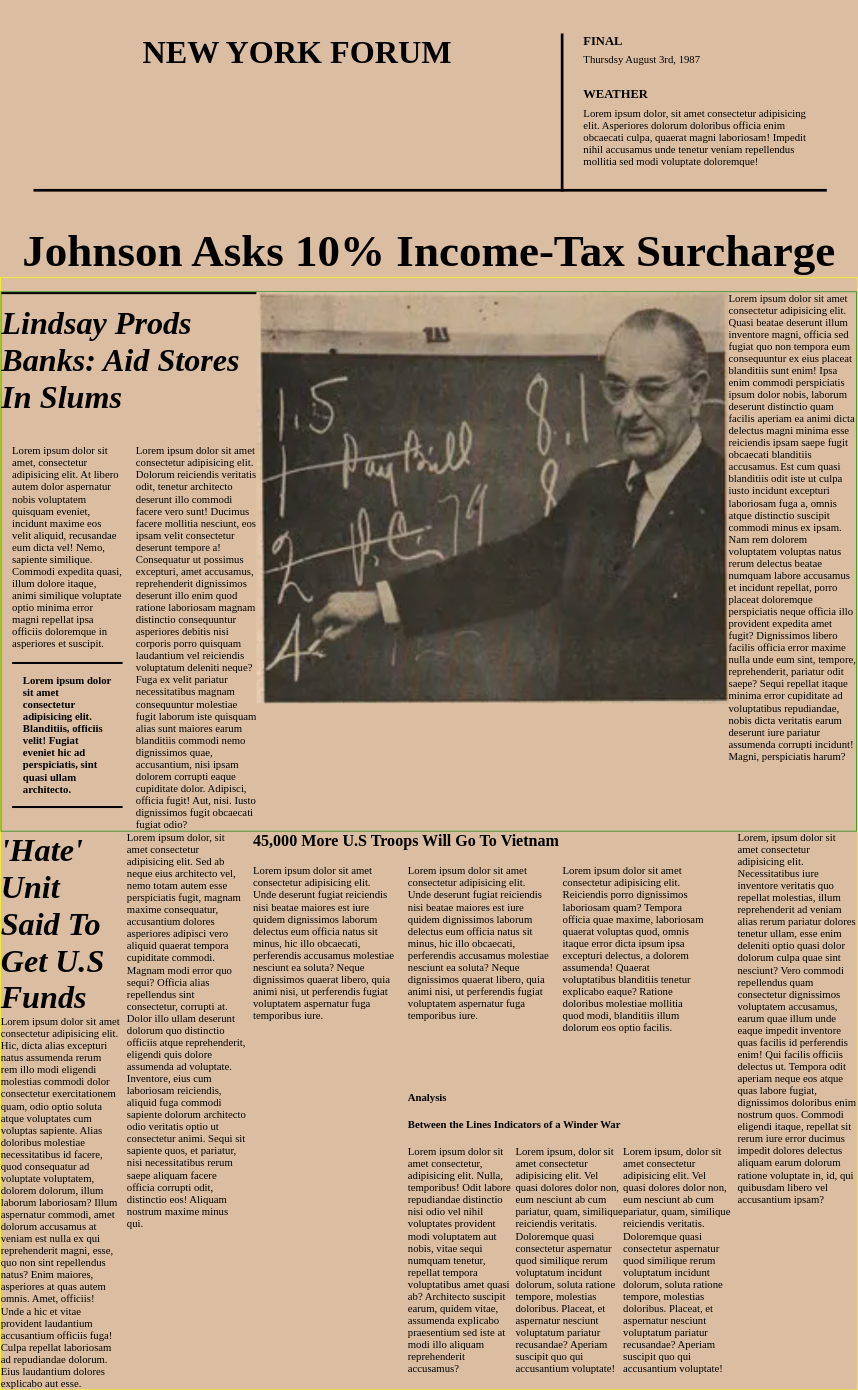
Repository: Arkitecth/newspaper-grid
Page: index.html
The author's editor kept a copy of each file at every save. The page is drawn from the files as they stood at one save, then again after the next save.
The browser window is 1280 px wide. The pictures show the whole page, at 67% of full size.

Above is the page before, as saved 2023-05-29 21:18:20.

### index.html
<!DOCTYPE html>
<html lang="en">
<head>
    <meta charset="UTF-8">
    <meta http-equiv="X-UA-Compatible" content="IE=edge">
    <meta name="viewport" content="width=device-width, initial-scale=1.0">
    <link rel="stylesheet" href="styles.css">
    <title>News Paper</title>
</head>
<body>
    <header id="header">
        <div>
            <h1>New York Forum</h1>
        </div>
        <div class="aside">
            <h3>Final</h3>
            <p>Thursdsy August 3rd, 1987</p>

            <h3>Weather</h3>
            <p>Lorem ipsum dolor, sit amet consectetur adipisicing elit. Asperiores dolorum doloribus officia enim obcaecati culpa, quaerat magni laboriosam! Impedit nihil accusamus unde tenetur veniam repellendus mollitia sed modi voluptate doloremque!</p>
        </div>
        <div class="divider"></div>
        <div class="divider"></div>
    </header>
    <main>
        <h2>Johnson Asks 10% Income-Tax Surcharge</h2>
        <div class="main-grid">
            <div class="first-row">
                <div class="sub-grid">
                    <h3>Lindsay Prods Banks: Aid Stores in Slums</h3>
                    <div class="sub-row">
                        <div class="left">
                            <p>Lorem ipsum dolor sit amet, consectetur adipisicing elit. At libero autem dolor aspernatur nobis voluptatem quisquam eveniet, incidunt maxime eos velit aliquid, recusandae eum dicta vel! Nemo, sapiente similique. Commodi expedita quasi, illum dolore itaque, animi similique voluptate optio minima error magni repellat ipsa officiis doloremque in asperiores et suscipit.</p>
                            <br>
                            <p class="highlight">Lorem ipsum dolor sit amet consectetur adipisicing elit. Blanditiis, officiis velit! Fugiat eveniet hic ad perspiciatis, sint quasi ullam architecto.</p>
                        </div>
                        <div class="right">
                            <p>Lorem ipsum dolor sit amet consectetur adipisicing elit. Dolorum reiciendis veritatis odit, tenetur architecto deserunt illo commodi facere vero sunt! Ducimus facere mollitia nesciunt, eos ipsam velit consectetur deserunt tempore a! Consequatur ut possimus excepturi, amet accusamus, reprehenderit dignissimos deserunt illo enim quod ratione laboriosam magnam distinctio consequuntur asperiores debitis nisi corporis porro quisquam laudantium vel reiciendis voluptatum deleniti neque? Fuga ex velit pariatur necessitatibus magnam consequuntur molestiae fugit laborum iste quisquam alias sunt maiores earum blanditiis commodi nemo dignissimos quae, accusantium, nisi ipsam dolorem corrupti eaque cupiditate dolor. Adipisci, officia fugit! Aut, nisi. Iusto dignissimos fugit obcaecati fugiat odio?</p>
                        </div>
                    </div>

                </div>

                <div class="middle-content">
                    <img src="assets/teacher.png" alt="teacher teaching stuff">
                </div>

                <div class="right-content">
                    <p>Lorem ipsum dolor sit amet consectetur adipisicing elit. Quasi beatae deserunt illum inventore magni, officia sed fugiat quo non tempora eum consequuntur ex eius placeat blanditiis sunt enim! Ipsa enim commodi perspiciatis ipsum dolor nobis, laborum deserunt distinctio quam facilis aperiam ea animi dicta delectus magni minima esse reiciendis ipsam saepe fugit obcaecati blanditiis accusamus. Est cum quasi blanditiis odit iste ut culpa iusto incidunt excepturi laboriosam fuga a, omnis atque distinctio suscipit commodi minus ex ipsam. Nam rem dolorem voluptatem voluptas natus rerum delectus beatae numquam labore accusamus et incidunt repellat, porro placeat doloremque perspiciatis neque officia illo provident expedita amet fugit? Dignissimos libero facilis officia error maxime nulla unde eum sint, tempore, reprehenderit, pariatur odit saepe? Sequi repellat itaque minima error cupiditate ad voluptatibus repudiandae, nobis dicta veritatis earum deserunt iure pariatur assumenda corrupti incidunt! Magni, perspiciatis harum?</p>
                </div>
            </div>


            <div class="second-row">
                <div class="first">
                    <h3>'Hate' Unit Said to Get U.S Funds</h3>
                    <p>Lorem ipsum dolor sit amet consectetur adipisicing elit. Hic, dicta alias excepturi natus assumenda rerum rem illo modi eligendi molestias commodi dolor consectetur exercitationem quam, odio optio soluta atque voluptates cum voluptas sapiente. Alias doloribus molestiae necessitatibus id facere, quod consequatur ad voluptate voluptatem, dolorem dolorum, illum laborum laboriosam? Illum aspernatur commodi, amet dolorum accusamus at veniam est nulla ex qui reprehenderit magni, esse, quo non sint repellendus natus? Enim maiores, asperiores at quas autem omnis. Amet, officiis! Unde a hic et vitae provident laudantium accusantium officiis fuga! Culpa repellat laboriosam ad repudiandae dolorum. Eius laudantium dolores explicabo aut esse.</p>
                </div>
                <div class="second">
                    <p>Lorem ipsum dolor, sit amet consectetur adipisicing elit. Sed ab neque eius architecto vel, nemo totam autem esse perspiciatis fugit, magnam maxime consequatur, accusantium dolores asperiores adipisci vero aliquid quaerat tempora cupiditate commodi. Magnam modi error quo sequi? Officia alias repellendus sint consectetur, corrupti at. Dolor illo ullam deserunt dolorum quo distinctio officiis atque reprehenderit, eligendi quis dolore assumenda ad voluptate. Inventore, eius cum laboriosam reiciendis, aliquid fuga commodi sapiente dolorum architecto odio veritatis optio ut consectetur animi. Sequi sit sapiente quos, et pariatur, nisi necessitatibus rerum saepe aliquam facere officia corrupti odit, distinctio eos! Aliquam nostrum maxime minus qui.</p>
                </div>
                <div class="middle">
                    <h3>45,000 More U.S Troops will go to vietnam</h3>
                    <div class="middle-grid">
                        <p>Lorem ipsum dolor sit amet consectetur adipisicing elit. Unde deserunt fugiat reiciendis nisi beatae maiores est iure quidem dignissimos laborum delectus eum officia natus sit minus, hic illo obcaecati, perferendis accusamus molestiae nesciunt ea soluta? Neque dignissimos quaerat libero, quia animi nisi, ut perferendis fugiat voluptatem aspernatur fuga temporibus iure.</p>
                        <p>Lorem ipsum dolor sit amet consectetur adipisicing elit. Unde deserunt fugiat reiciendis nisi beatae maiores est iure quidem dignissimos laborum delectus eum officia natus sit minus, hic illo obcaecati, perferendis accusamus molestiae nesciunt ea soluta? Neque dignissimos quaerat libero, quia animi nisi, ut perferendis fugiat voluptatem aspernatur fuga temporibus iure.</p>
                        <p>Lorem ipsum dolor sit amet consectetur adipisicing elit. Reiciendis porro dignissimos laboriosam quam? Tempora officia quae maxime, laboriosam quaerat voluptas quod, omnis itaque error dicta ipsum ipsa excepturi delectus, a dolorem assumenda! Quaerat voluptatibus blanditiis tenetur explicabo eaque? Ratione doloribus molestiae mollitia quod modi, blanditiis illum dolorum eos optio facilis.</p>
                        <div class="bottom-grid">
                            <h4>Analysis</h4>
                            <h4>Between the Lines Indicators of a Winder War</h4>
                            <div class="last-bottom-row">
                                <p>Lorem ipsum dolor sit amet consectetur, adipisicing elit. Nulla, temporibus! Odit labore repudiandae distinctio nisi odio vel nihil voluptates provident modi voluptatem aut nobis, vitae sequi numquam tenetur, repellat tempora voluptatibus amet quasi ab? Architecto suscipit earum, quidem vitae, assumenda explicabo praesentium sed iste at modi illo aliquam reprehenderit accusamus?</p>
                                <p>Lorem ipsum, dolor sit amet consectetur adipisicing elit. Vel quasi dolores dolor non, eum nesciunt ab cum pariatur, quam, similique reiciendis veritatis. Doloremque quasi consectetur aspernatur quod similique rerum voluptatum incidunt dolorum, soluta ratione tempore, molestias doloribus. Placeat, et aspernatur nesciunt voluptatum pariatur recusandae? Aperiam suscipit quo qui accusantium voluptate!</p>
                                <p>Lorem ipsum, dolor sit amet consectetur adipisicing elit. Vel quasi dolores dolor non, eum nesciunt ab cum pariatur, quam, similique reiciendis veritatis. Doloremque quasi consectetur aspernatur quod similique rerum voluptatum incidunt dolorum, soluta ratione tempore, molestias doloribus. Placeat, et aspernatur nesciunt voluptatum pariatur recusandae? Aperiam suscipit quo qui accusantium voluptate!</p>
                            </div>

                        </div>

                    </div>

                </div>
                <div class="last">
                    <p>Lorem, ipsum dolor sit amet consectetur adipisicing elit. Necessitatibus iure inventore veritatis quo repellat molestias, illum reprehenderit ad veniam alias rerum pariatur dolores tenetur ullam, esse enim deleniti optio quasi dolor dolorum culpa quae sint nesciunt? Vero commodi repellendus quam consectetur dignissimos voluptatem accusamus, earum quae illum unde eaque impedit inventore quas facilis id perferendis enim! Qui facilis officiis delectus ut. Tempora odit aperiam neque eos atque quas labore fugiat, dignissimos doloribus enim nostrum quos. Commodi eligendi itaque, repellat sit rerum iure error ducimus impedit dolores delectus aliquam earum dolorum ratione voluptate in, id, qui quibusdam libero vel accusantium ipsam?</p>
                </div>
            </div>

            <div class="third-row">
            </div>




        </div>
    </main>

</body>
</html>

### styles.css
* {
    padding: 0;
    margin: 0;
}

body {
    background-color: #dbbea1;
    max-width: 1500px;
}

h1,h3 {
    text-transform: uppercase;
}
#header {
    padding: 3.125rem;
    display: grid;
    grid-template-columns: 2fr 1fr;
}


/* Header */
#header h1 {
    text-align: center;
    font-size: 3rem;
}

h2 {
    text-align: center;
    width: 100%;
    font-size: 4.2rem;
}

.aside {
    border-left: 4px solid black;
    padding-left: 30px;
}

.aside p {
    padding-top: 0.5rem;
    margin-bottom: 2rem;
}

.divider {
    border: 2px solid black;
    width: 100%;
}

.main-grid{
    display: grid;
    grid-template-rows: auto auto auto;
    padding-top: 20px;
    border: 1px solid yellow

}

/* First Row */
.first-row {
    display: grid;
    grid-template-columns: 2fr 3fr 1fr;
    border: 1px solid green;
}



.sub-grid {
    display: grid;
    grid-template-rows: auto;
    gap: 20px;
}

.sub-row {
    display: grid;
    grid-template-columns: 1fr 1fr;
    gap: 20px;
}

.sub-grid  h3 {
    font-size: 3rem;
    font-style: italic;
    border-top: 3px solid black;
    padding-bottom: 1.5rem;
    padding-top: 1rem;
    text-transform: capitalize;

}
.left{
    padding-left: 1rem;
}

.highlight {
    font-weight: bold;
    border-top: 3px solid black;
    padding: 1rem;
    border-bottom: 3px solid black;
}


/* Second Row */
.second-row {
    display: grid;
    grid-template-columns: 1fr 1fr 4fr 1fr;
    gap: 10px;
}


.first h3 {
    font-size: 3rem;
    font-style: italic;
    text-transform: capitalize;
}

.middle {
    display: grid;
    grid-template-rows: 50px;
}

.middle-grid {
    display: grid;
    grid-template-columns: 1fr 1fr 1fr;
    gap: 20px;
}

.middle h3 {
    font-size: 1.5rem;
    text-transform: capitalize;
}

.bottom-grid {
    display: grid;
    grid-template-rows: auto auto auto;
    grid-row: 2 ;
    grid-column: 2/span 4;
}

.last-bottom-row {
    display: grid;
    grid-template-columns: 1fr 1fr 1fr;
}

.last-bottom-grid h4 {
    text-transform: uppercase;
    border-bottom: 3px solid black;
}

After the next save:
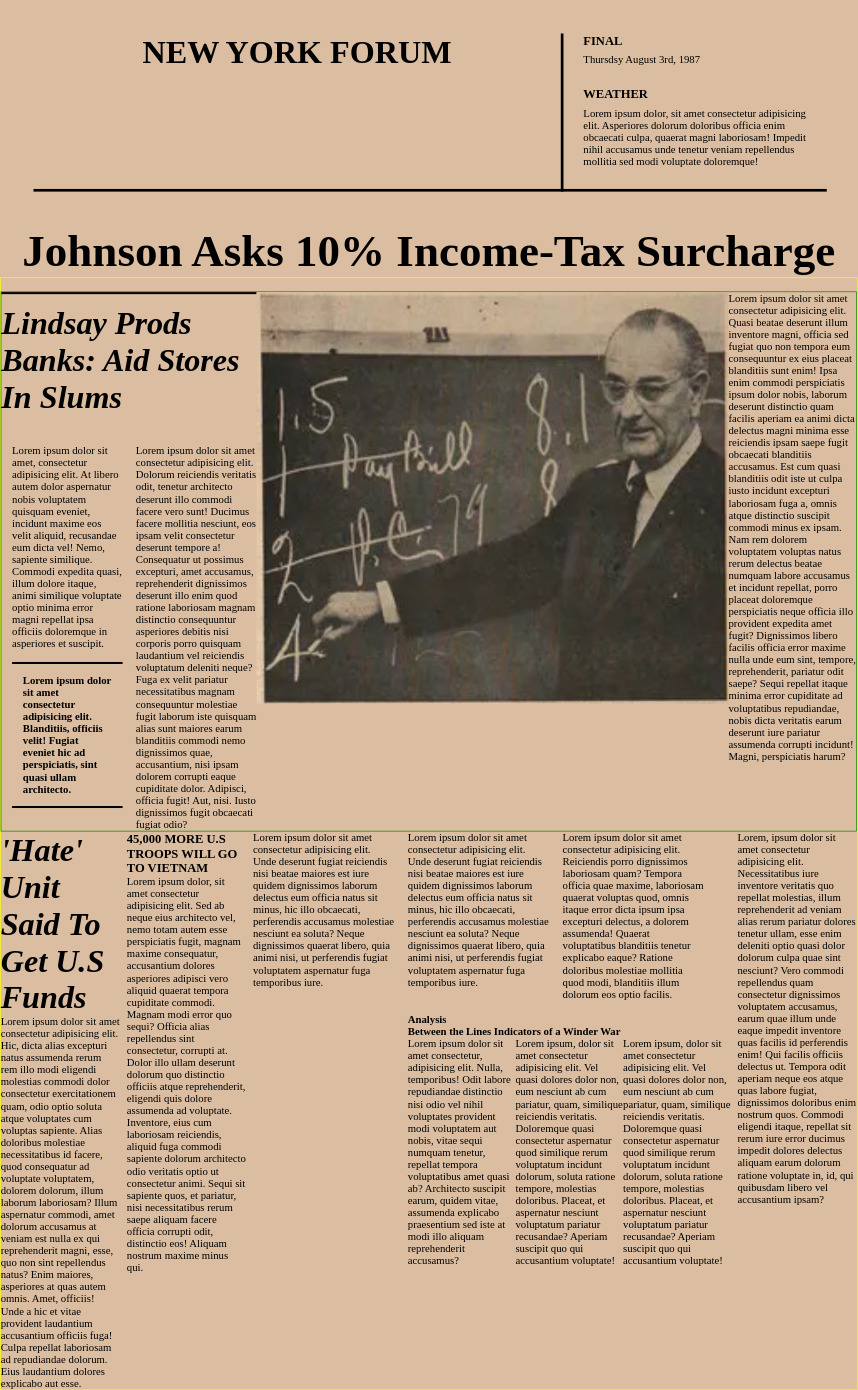
Saved 27 s later.
--- a/index.html
+++ b/index.html
@@ -57,10 +57,11 @@
                     <p>Lorem ipsum dolor sit amet consectetur adipisicing elit. Hic, dicta alias excepturi natus assumenda rerum rem illo modi eligendi molestias commodi dolor consectetur exercitationem quam, odio optio soluta atque voluptates cum voluptas sapiente. Alias doloribus molestiae necessitatibus id facere, quod consequatur ad voluptate voluptatem, dolorem dolorum, illum laborum laboriosam? Illum aspernatur commodi, amet dolorum accusamus at veniam est nulla ex qui reprehenderit magni, esse, quo non sint repellendus natus? Enim maiores, asperiores at quas autem omnis. Amet, officiis! Unde a hic et vitae provident laudantium accusantium officiis fuga! Culpa repellat laboriosam ad repudiandae dolorum. Eius laudantium dolores explicabo aut esse.</p>
                 </div>
                 <div class="second">
+                    <h3>45,000 More U.S Troops will go to vietnam</h3>
                     <p>Lorem ipsum dolor, sit amet consectetur adipisicing elit. Sed ab neque eius architecto vel, nemo totam autem esse perspiciatis fugit, magnam maxime consequatur, accusantium dolores asperiores adipisci vero aliquid quaerat tempora cupiditate commodi. Magnam modi error quo sequi? Officia alias repellendus sint consectetur, corrupti at. Dolor illo ullam deserunt dolorum quo distinctio officiis atque reprehenderit, eligendi quis dolore assumenda ad voluptate. Inventore, eius cum laboriosam reiciendis, aliquid fuga commodi sapiente dolorum architecto odio veritatis optio ut consectetur animi. Sequi sit sapiente quos, et pariatur, nisi necessitatibus rerum saepe aliquam facere officia corrupti odit, distinctio eos! Aliquam nostrum maxime minus qui.</p>
                 </div>
                 <div class="middle">
-                    <h3>45,000 More U.S Troops will go to vietnam</h3>
+                    <!-- <h3>45,000 More U.S Troops will go to vietnam</h3> -->
                     <div class="middle-grid">
                         <p>Lorem ipsum dolor sit amet consectetur adipisicing elit. Unde deserunt fugiat reiciendis nisi beatae maiores est iure quidem dignissimos laborum delectus eum officia natus sit minus, hic illo obcaecati, perferendis accusamus molestiae nesciunt ea soluta? Neque dignissimos quaerat libero, quia animi nisi, ut perferendis fugiat voluptatem aspernatur fuga temporibus iure.</p>
                         <p>Lorem ipsum dolor sit amet consectetur adipisicing elit. Unde deserunt fugiat reiciendis nisi beatae maiores est iure quidem dignissimos laborum delectus eum officia natus sit minus, hic illo obcaecati, perferendis accusamus molestiae nesciunt ea soluta? Neque dignissimos quaerat libero, quia animi nisi, ut perferendis fugiat voluptatem aspernatur fuga temporibus iure.</p>
